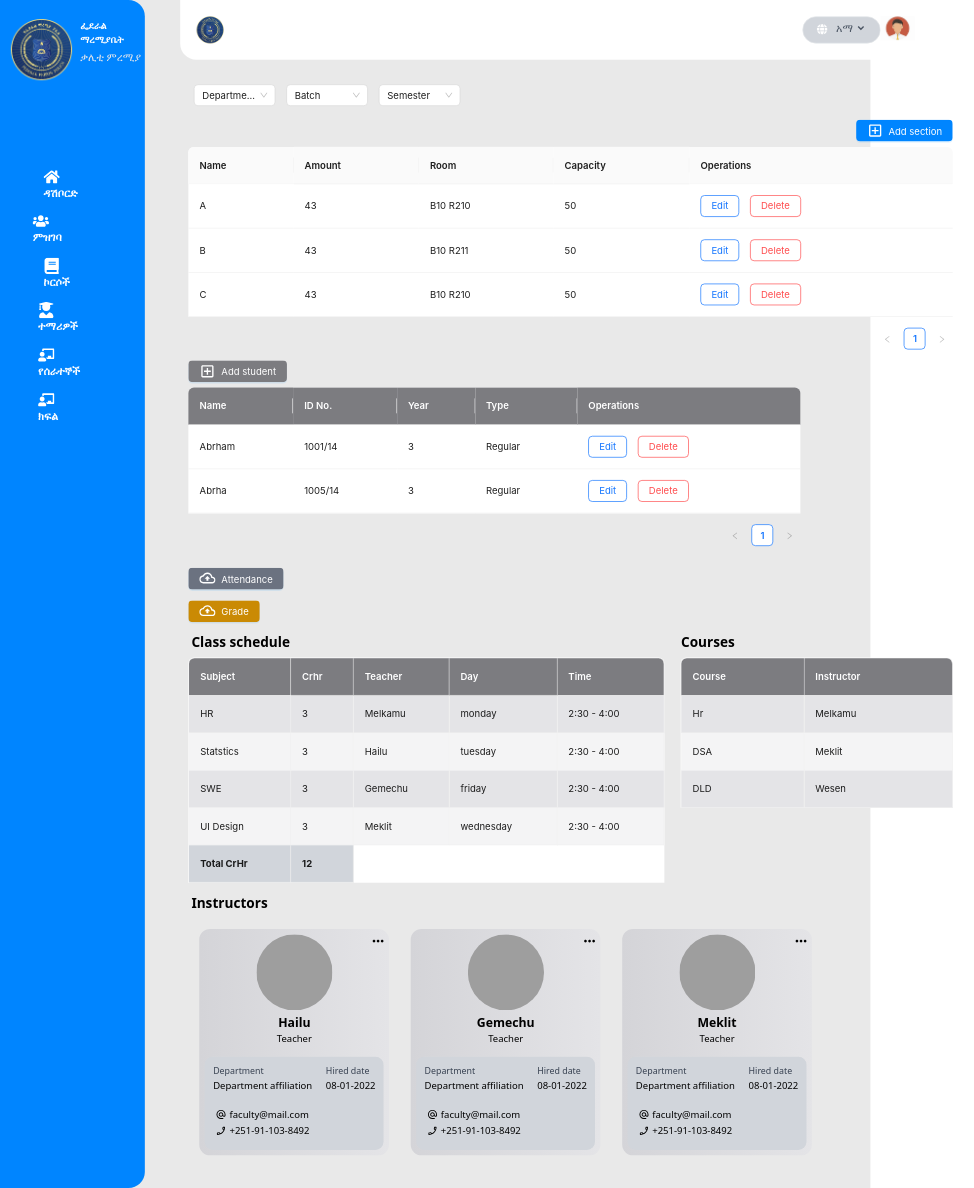
Repository: Yigoya/federal-prison-education-ms-frontend
Page: /classroom, after clicking the first element matching `td.ant-table-cell > a`
An editor plug-in stored every save of this project. The page is shown before and after the next save, followed by the edit.
The browser window is 1280 px wide. The page is 1433 px wide, so the pictures cover 1433 px, including what lies to the right of the window. The pictures show the whole page, at 68% of full size.
Pictures or frames that could not be fetched are drawn as grey boxes. The project was rebuilt for these pictures with package versions that can differ from the ones it lists, and the page was loaded fresh each time. Also part of the build but not shown: vite.config.js, src/pages/DashBoard.jsx, src/pages/Courses.jsx, src/layout/AuthLayout.jsx, src/pages/Login.jsx, src/pages/Teachers.jsx, src/pages/StudentRegistration.jsx, src/components/classroom/ComboBox.jsx and 1 more. Imported but missing from the stored project, and not drawn on this page: src/pages/Students.

Above is the page before, as saved 2024-07-05 16:53:14.

### src/App.jsx
// import { useState } from "react";
import "./App.css";
import { Routes, Route } from "react-router-dom";
import DashBoard from "./pages/DashBoard";
// import Register from "./pages/Register";
import Students from "./pages/Students";
import Courses from "./pages/Courses";
import RootLayout from "./layout/RootLayout";
import AuthLayout from "./layout/AuthLayout";
import Login from "./pages/Login";
import Teachers from "./pages/Teachers";
// import { useTranslation } from "react-i18next";
import { StudentRegistration } from "./pages/StudentRegistration";
import Classroom from "./pages/Classroom";
function App() {
  // const [count, setCount] = useState(0);
  // const { t } = useTranslation();
  return (
    <>
      <Routes>
        <Route element={<AuthLayout />}>
          <Route path="/login" element={<Login />} />
        </Route>
        <Route element={<RootLayout />}>
          <Route path="/" element={<DashBoard />} />
          <Route path="/register" element={<StudentRegistration />} />
          <Route path="/students" element={<Students />} />
          <Route path="/courses" element={<Courses />} />
          <Route path="/allcourse" element={<Courses />} />
          <Route path="/addcourse" element={<Courses />} />
          <Route path="/managecourse" element={<Courses />} />
          <Route path="/classroom" element={<Classroom />} />
          <Route path="/grading" element={<Courses />} />
          <Route path="/staffprofile" element={<Courses />} />
          <Route path="/examscheduling" element={<Teachers />} />
        </Route>
      </Routes>
    </>
  );
}

export default App;

### src/App.css
/* Header row background color */
.ant-table-thead > tr > th {
    background-color: #0085FF; /* Set your desired background color here */
    color: #fff; /* Set the text color if needed */
  }

### src/layout/RootLayout.jsx
// import React from 'react'
import { Outlet } from "react-router-dom";
import Navbar from "../components/Navbar";
import SideBar from "../components/SideBar";
function RootLayout() {
  return (
    <div className="flex flex-row w-full min-h-dvh gap-8 bg-[#E9E9E9]">
        <SideBar />

      <div className="w-full min-h-dvh max-h-full">
        <Navbar />
        <div className="flex-1 flex overflow-hidden">
          <section className="flex-1 overflow-y-scroll">
            <Outlet />
          </section>
        </div>
      </div>
    </div>
  );
}

export default RootLayout;

### src/pages/Classroom.jsx
import { useState } from "react";
import Selector from '../components/classroom/Selector.jsx';
import SectionsTable from "../components/classroom/SectionsTable.jsx";
import NewSectionDrawer from "../components/classroom/NewSectionDrawer.jsx";
import {
  departmentOptions,
  yearOptions,
  semesterOptions,
} from "../data/classroomArrayData.js";
import { Button } from "antd";
import AddBoxOutlinedIcon from "@mui/icons-material/AddBoxOutlined";

const Classroom = () => {
  const [drawerVisiblity, setDrawerVisiblity] = useState(false);
  const handleClick = () => {
    setDrawerVisiblity(prevState => !prevState);
  };

  return (
    <div className="p-8 ">
      <Selector typeName="Department" options={departmentOptions} />
      <Selector typeName="Batch" options={yearOptions} />
      <Selector typeName="Semester" options={semesterOptions} />

      {/* sections table */}
      <div className="mt-4">
        {drawerVisiblity && <NewSectionDrawer visiblity = {drawerVisiblity}/>}
        <div className="grid justify-items-end">
          <Button
            className="bg-[#0085FF] mb-2"
            type="primary"
            onClick={handleClick}
          >
            <AddBoxOutlinedIcon />
            Add section
          </Button>
        </div>
        <SectionsTable />
      </div>
    </div>
  );
};

export default Classroom;

### src/components/Navbar.jsx
import React from 'react'
import { AiOutlineSearch } from 'react-icons/ai';
import logo from '../assets/images/fdre_logo.png'
import { FaGlobe } from 'react-icons/fa';
import avatar from '../assets/images/Avatar.jpg'
import { useTranslation } from 'react-i18next';
function Navbar() {
  const { i18n } = useTranslation();

  const handleLanguageChange = (event) => {
    i18n.changeLanguage(event.target.value);
  };
  return (
    <div className='mr-16 '>
      <div className='bg-white rounded-b-3xl p-6 ml-5 flex justify-between'>
        <div style={{ width: '40px' }} >
          <img src={logo}  alt="logo" />
        </div>
        <div className='flex '>
          <div className='py-1 px-5 border rounded-full bg-gray-300 '>
           <FaGlobe className='inline-block text-white mr-2'/>
            <select onChange={handleLanguageChange} className='inline-block bg-gray-300 text-gray-600' id="">
              <option value="am">አማ</option>
              <option value="en">En</option>
              <option value="or">Oro</option>
            </select>
          </div>
          <div>
            <img src={avatar} width={'50px'}/>
          </div>
        </div>
      </div>

    </div>
  )
}

export default Navbar

### src/components/SideBar.jsx
import { FaHome, FaUserGraduate, FaBook, FaChalkboardTeacher, FaUsers } from 'react-icons/fa';

import logo from '../assets/images/fdre_logo.png'
import { Link } from 'react-router-dom'
import { useTranslation } from 'react-i18next';
function SideBar() {
const {t} = useTranslation()
  return (
    <div className='w-1/4 bg-[#0085FF] rounded-r-3xl'>
          <div className='mt-7 ml-4 flex'>
            <div className='mr-3'>
              <img src={logo} alt="logo" width={'100px'} />
            </div>
            <div>
              <p className ='font-bold text-sm text-white mb-1'>{t('FDRE')}</p>
              <p className='text-gray-200'>{t('kality')}</p>
            </div>

          </div>
          <div className='flex flex-col items-center font-bold text-white py-20 mt-10'>

            <Link className='hover:border border-gray-200 rounded-full hover:bg-gray-100 hover:text-[#0085FF] p-2 px-16 inline-block mr-4' to='/'> <FaHome className='inline-block mr-2 text-2xl'/>{t('dashboard')}</Link>
            <Link className='hover:border border-gray-200 rounded-full py-2 px-12 hover:bg-gray-100 hover:text-[#0085FF] inline-block mr-10 ' to='/register'><FaUsers className='inline-block mr-2 text-2xl'/> {t('register')}</Link>
            <Link className='hover:border border-gray-200 rounded-full py-2 px-16 hover:bg-gray-100 hover:text-[#0085FF] inline-block mr-10 ' to='/courses'><FaBook className='inline-block mr-3  text-2xl'/>{t('courses')}</Link>
            <Link className='hover:border border-gray-200 rounded-full py-2 px-14 hover:bg-gray-100 hover:text-[#0085FF] inline-block mr-8' to='/students'> <FaUserGraduate className='inline-block mr-5  text-2xl'  />{t('students')}</Link>
            <Link className='hover:border border-gray-200 rounded-full py-2 px-14 hover:bg-gray-100 hover:text-[#0085FF] inline-block mr-10' to='/teachers'><FaChalkboardTeacher className='inline-block  mr-5  text-2xl'/>{t('staff')}</Link>
            <Link className='hover:border border-gray-200 rounded-full py-2 px-14 hover:bg-gray-100 hover:text-[#0085FF] inline-block mr-10' to='/classroom'><FaChalkboardTeacher className='inline-block  mr-5  text-2xl'/>{t('classroom')}</Link>

          </div>
        </div>

  )
}

export default SideBar

### src/pages/login.css

* {
    margin: 0;
    box-sizing: border-box;

}
.page {
    height: 100vh;
    width: 100%;
    display: flex;
    justify-content: center;
    align-items: center;
}

.cover {
    background-color: white;
    width: 30em;
    height: 25em;
    position: relative;
    border-radius: 1em;
    box-shadow: 0 0.188em 1.550em rgb(156, 156, 156);
    display: flex;
    flex-direction: column;
    align-items:center;
    justify-content:space-between;
    margin-right: 40px;

}

.container {
    display: flex;
    justify-content: space-between;
    align-items: center;

  }
.image-section {
    margin-left: 20px;
    padding: 100px;

}
.image-section img {
    margin-top: 2px;
    width: "200px";
    height: "200px";
    border-radius: "50%";
    object-fit: contain;

  }

input {
    border: none;
    background-color: rgb(229, 226, 226);
    width: 80%;
    border-radius: 0.25em;
    text-align: center;
    padding: 2em;
    font-size: 0.75em;
}

input:focus {
    outline-color: rgb(32, 177, 255);
}

.btn {
    width: 40%;
    height: 3em;
    background-color: rgb(32, 177, 255);
    display: flex;
    justify-content: center;
    align-items: center;
    transition: 0.5s;
    border-radius: 0.25em;
    cursor: pointer;
}

### src/components/classroom/Selector.jsx
// /* eslint-disable react/prop-types */
import { Select, Space } from 'antd';


const handleChange = (value) => {
  console.log(`selected ${value}`);
};

const Selector = ({typeName, options} ) => (
  <Space wrap>
    <Select
      className='mx-2 my-1'
      defaultValue={typeName}
      style={{
        width: 120,
      }}
      onChange={handleChange}
      options={options} // array of options
    />
  </Space>
);
export default Selector;

### src/components/classroom/SectionsTable.jsx
import { Space, Table, Button } from "antd";
import { sectionsData as data } from "../../data/classroomArrayData.js";
import { useState } from "react";
import StudentsTable from "./StudentsTable.jsx";
import ClassSchedule from "./ClassSchedule.jsx";
import CoursesList from "./CoursesList.jsx";
import InstructorDetails from "./InstructorDetails.jsx";
import UploadCenter from "./UploadCenter.jsx";

const SectionsTable = () => {
  const [activeSection, setActiveSection] = useState(null);

  const columns = [
    {
      title: "Name",
      dataIndex: "name",
      key: "name",
      render: (text) => <a onClick={() => handleSectionClick(text)}>{text}</a>,
    },
    {
      title: "Amount",
      dataIndex: "amount",
      key: "amount",
    },
    {
      title: "Room",
      dataIndex: "room",
      key: "room",
    },
    {
      title: "Capacity",
      dataIndex: "capacity",
      key: "capacity",
    },
    {
      title: "Operations",
      key: "action",
      render: () => (
        <Space size="middle">
          <Button type="primary" ghost>
            Edit
          </Button>
          <Button type="primary" danger ghost>
            Delete
          </Button>
        </Space>
      ),
    },
  ];

  const handleSectionClick = (sectionName) => {
    setActiveSection((prev) => (prev === sectionName ? null : sectionName));
  };

  return (
    <div>
      <Table columns={columns} dataSource={data} />
      {activeSection && (
        <div>
          <StudentsTable section={activeSection} />
          <div className="flex flex-col gap-4 my-4">
          <UploadCenter text={"Attendance"} color={"bg-gray-500"} />
          <UploadCenter text={"Grade"} color={"bg-yellow-600"} />
          </div>
          <div className="flex gap-3">
            <ClassSchedule /> <br />
            <CoursesList />
          </div>
          <h1 className="text-xl mb-2 mt-4 ml-1 font-bold">Instructors</h1>
          <div className="flex">
            <InstructorDetails instructor={"Hailu"}/>
            <InstructorDetails instructor={"Gemechu"}/>
            <InstructorDetails instructor={"Meklit"}/>
          </div>
        </div>
      )}
    </div>
  );
};
export default SectionsTable;

### src/data/classroomArrayData.js
export const departmentOptions = [
  {
    label: "Software",
    value: "software",
  },
  {
    label: "Human Resources",
    value: "human_resources",
  },
  {
    label: "Marketing",
    value: "marketing",
  },
  {
    label: "Sales",
    value: "sales",
  },
  {
    label: "Finance",
    value: "finance",
  },
  {
    label: "Customer Support",
    value: "customer_support",
  },
  {
    label: "IT",
    value: "it",
  },
];

export const yearOptions = [
  {
    label: "1",
    value: 1,
  },
  {
    label: "2",
    value: 2,
  },
  {
    label: "3",
    value: 3,
  },
  {
    label: "4",
    value: 4,
  },
];

export const semesterOptions = [
  {
    label: "I",
    value: 1,
  },
  {
    label: "II",
    value: 2,
  },
];

export const courseOptions = [
  {
    label: "DSA",
    value: "dsa",
  },
  {
    label: "FLAT",
    value: "flat",
  },
  {
    label: "DLD",
    value: "dld",
  },
  {
    label: "OS",
    value: "os",
  },
];

export const studentsData = [
  {
    key: "1",
    name: "Abrham",
    id: "1001/14",
    year: "3",
    type: "Regular",
    section: "A",
  },
  {
    key: "1",
    name: "Abrha",
    id: "1005/14",
    year: "3",
    type: "Regular",
    section: "A",
  },
  {
    key: "2",
    name: "Aster",
    id: "1002/14",
    year: "3",
    type: "Regular",
    section: "B"
  },
  {
    key: "3",
    name: "Askal",
    id: "1003/14",
    year: "3",
    type: "Regular",
    section: "C"
  },
];

export const sectionsData = [
  {
    name: "A",
    amount: 43,
    room: "B10 R210",
    capacity: 50,
  },
  {
    name: "B",
    amount: 43,
    room: "B10 R211",
    capacity: 50,
  },
  {
    name: "C",
    amount: 43,
    room: "B10 R210",
    capacity: 50,
  },
];

### src/components/classroom/StudentsTable.jsx
import { Space, Table, Button } from "antd";
import { studentsData as data } from "../../data/classroomArrayData.js";
import AddBoxOutlinedIcon from "@mui/icons-material/AddBoxOutlined";

const columns = [
  {
    title: "Name",
    dataIndex: "name",
    key: "name",
    render: (text) => <a>{text}</a>,
    onHeaderCell: () => ({
      style: { backgroundColor: "#7c7c80", color: "#fff" },
    }),
  },
  {
    title: "ID No.",
    dataIndex: "id",
    key: "id",
    onHeaderCell: () => ({
      style: { backgroundColor: "#7c7c80", color: "#fff" },
    }),
  },
  {
    title: "Year",
    dataIndex: "year",
    key: "year",
    onHeaderCell: () => ({
      style: { backgroundColor: "#7c7c80", color: "#fff" },
    }),
  },
  {
    title: "Type",
    dataIndex: "type",
    key: "type",
    onHeaderCell: () => ({
      style: { backgroundColor: "#7c7c80", color: "#fff" },
    }),
  },
  {
    title: "Operations",
    key: "action",
    onHeaderCell: () => ({
      style: { backgroundColor: "#7c7c80", color: "#fff" },
    }),
    render: () => (
      <Space size="middle">
        <Button type="primary" ghost>
          Edit
        </Button>
        <Button type="primary" danger ghost>
          Delete
        </Button>
      </Space>
    ),
  },
];

// eslint-disable-next-line react/prop-types
const StudentsTable = ({ section }) => {
  return (
    <div>
      <Button className="bg-[#7c7c80] mb-2" type="primary">
        <AddBoxOutlinedIcon />
        Add student
      </Button>
      <Table
        className="w-[900px]"
        columns={columns}
        dataSource={data.filter((student) => student.section === section)}
      />
      {console.log("the section clicked is : ", section)}
    </div>
  );
};
export default StudentsTable;

### src/components/classroom/ClassSchedule.jsx
import { Table, Typography } from "antd";
const { Text } = Typography;


const columns = [
  {
    title: "Subject",
    dataIndex: "subject",
    onHeaderCell: () => ({
      style: { backgroundColor: "#7c7c80", color: "#fff" },
    }),
  },
  {
    title: "Crhr",
    dataIndex: "crhr",
    onHeaderCell: () => ({
      style: { backgroundColor: "#7c7c80", color: "#fff" },
    }),
  },
  {
    title: "Teacher",
    dataIndex: "teacher",
    onHeaderCell: () => ({
      style: { backgroundColor: "#7c7c80", color: "#fff" },
    }),
  },
  {
    title: "Day",
    dataIndex: "day",
    onHeaderCell: () => ({
      style: { backgroundColor: "#7c7c80", color: "#fff" },
    }),
  },
  {
    title: "Time",
    dataIndex: "time",
    onHeaderCell: () => ({
      style: { backgroundColor: "#7c7c80", color: "#fff" },
    }),
  },
];
const data = [
  {
    key: "1",
    subject: "HR",
    crhr: 3,
    teacher: "Melkamu",
    day: "monday",
    time: "2:30 - 4:00",
  },
  {
    key: "2",
    subject: "Statstics",
    crhr: 3,
    teacher: "Hailu",
    day: "tuesday",
    time: "2:30 - 4:00",
  },
  {
    key: "3",
    subject: "SWE",
    crhr: 3,
    teacher: "Gemechu",
    day: "friday",
    time: "2:30 - 4:00",
  },
  {
    key: "3",
    subject: "UI Design",
    crhr: 3,
    teacher: "Meklit",
    day: "wednesday",
    time: "2:30 - 4:00",
  },
];

const ClassSchedule = () => (
  <div className="flex justify-center">
    <div>
      <h1 className="text-xl mb-2 ml-1 font-bold">Class schedule</h1>
      <Table
        className="w-[700px]"
        borderColor="#0085FF"
        columns={columns}
        dataSource={data}
        pagination={false}
        bordered
        rowClassName={(record, index) =>
          index % 2 === 0 ? "bg-zinc-200" : "bg-zinc-100"
        }
        summary={(pageData) => {
          let totalCrhr = 0;
          pageData.forEach(({ crhr }) => {
            totalCrhr += crhr;
          });
          return (
            <>
              <Table.Summary.Row className="font-bold bg-gray-300">
                <Table.Summary.Cell index={0}>Total CrHr</Table.Summary.Cell>
                <Table.Summary.Cell index={1}>
                  <Text>{totalCrhr}</Text>
                </Table.Summary.Cell>
              </Table.Summary.Row>
            </>
          );
        }}
      />
    </div>
  </div>
);
export default ClassSchedule;

### src/components/classroom/CoursesList.jsx
import { Table } from "antd";

const columns = [
  {
    title: "Course",
    dataIndex: "course",
    onHeaderCell: () => ({
      style: { backgroundColor: "#7c7c80", color: "#fff" },
    }),
  },
  {
    title: "Instructor",
    dataIndex: "instructor",
    onHeaderCell: () => ({
        style: { backgroundColor: "#7c7c80", color: "#fff" }
      })
  },
];
const data = [
  {
    key: "1",
    course: "Hr",
    instructor: "Melkamu",
  },
  {
    key: "2",
    course: "DSA",
    instructor: "Meklit",
  },
  {
    key: "3",
    course: "DLD",
    instructor: "Wesen",
  },
];

const CoursesList = () => (
  <>
    <div className="flex justify-center">
        <div>
        <h1 className="text-xl mb-2 font-bold">Courses</h1>
      <Table
        className="w-[400px]"
        columns={columns}
        dataSource={data}
        pagination={false}
        bordered
        rowClassName={(record, index) =>
          index % 2 === 0 ? "bg-zinc-200" : "bg-zinc-100"
        }
      />
        </div>

    </div>
  </>
);
export default CoursesList;

### src/components/classroom/InstructorDetails.jsx
import MoreHorizOutlinedIcon from "@mui/icons-material/MoreHorizOutlined";
import AlternateEmailOutlinedIcon from "@mui/icons-material/AlternateEmailOutlined";
import PhoneEnabledOutlinedIcon from "@mui/icons-material/PhoneEnabledOutlined";

const InstructorDetails = ({instructor}) => {
  return (
    <div className="m-4 w-fit p-2 w-2/5 rounded-2xl relative bg-gradient-to-r from-zinc-300 to-zinc-200">
      {/* Main content */}
      <div className="flex flex-col place-items-center">
        <div className="flex justify-between items-center">
          <img
            src="https://img.freepik.com/premium-vector/user-vector-icon-outline-style-isolated-white-background-mobile-app-website-logotype-ui-human-symbol-man-silhouette-social-member-sign-personal-profile-sign-10-eps_824631-3088.jpg?w=740"
            alt="Profile"
            className="h-28 w-28 rounded-full"
          />
          <div className="absolute top-0 right-0 mt-1 mr-1">
            <MoreHorizOutlinedIcon className="hover:text-sky-500"/>
          </div>
        </div>

        <h1 className="text-lg mt-1 font-semibold">{instructor}</h1>
        <p className="text-sm">Teacher</p>
      </div>

      {/* Additional info */}
      <div className="bg-gray-300 rounded-xl w-full p-3 leading-3.5 mt-4">
        <div className="flex gap-5">
          <div>
            <p className="text-[13px] text-gray-700">Department</p>
            <p className="text-[14px]">Department affiliation</p>
          </div>
          <div>
            <p className="text-[13px] text-gray-700">Hired date</p>
            <p className="text-[14px]">08-01-2022</p>
          </div>
        </div>

        <div className="mt-6 leading-4 text-[14px]">
          <div className="flex">
            <AlternateEmailOutlinedIcon className="pb-2" />
            <p>faculty@mail.com</p>
          </div>
          <div className="flex">
            <PhoneEnabledOutlinedIcon className="pb-2"/>
            <p>+251-91-103-8492</p>
          </div>
        </div>
      </div>
    </div>
  );
};

export default InstructorDetails;

### src/components/classroom/UploadCenter.jsx
import CloudUploadOutlinedIcon from '@mui/icons-material/CloudUploadOutlined';
import {Button} from 'antd';

const UploadCenter = ({text, color}) => {
  return (
    <div>
        <Button type="primary" className={color} icon={<CloudUploadOutlinedIcon className="text-sky-400"/>} > {text}</Button>
    </div>
  )
}

export default UploadCenter

Loaded but not shown: index.html (common file); src/main.jsx (common file); src/index.css (common file); tailwind.config.js (common file); src/i18n.js (152 lines, source omitted)

After the next save:
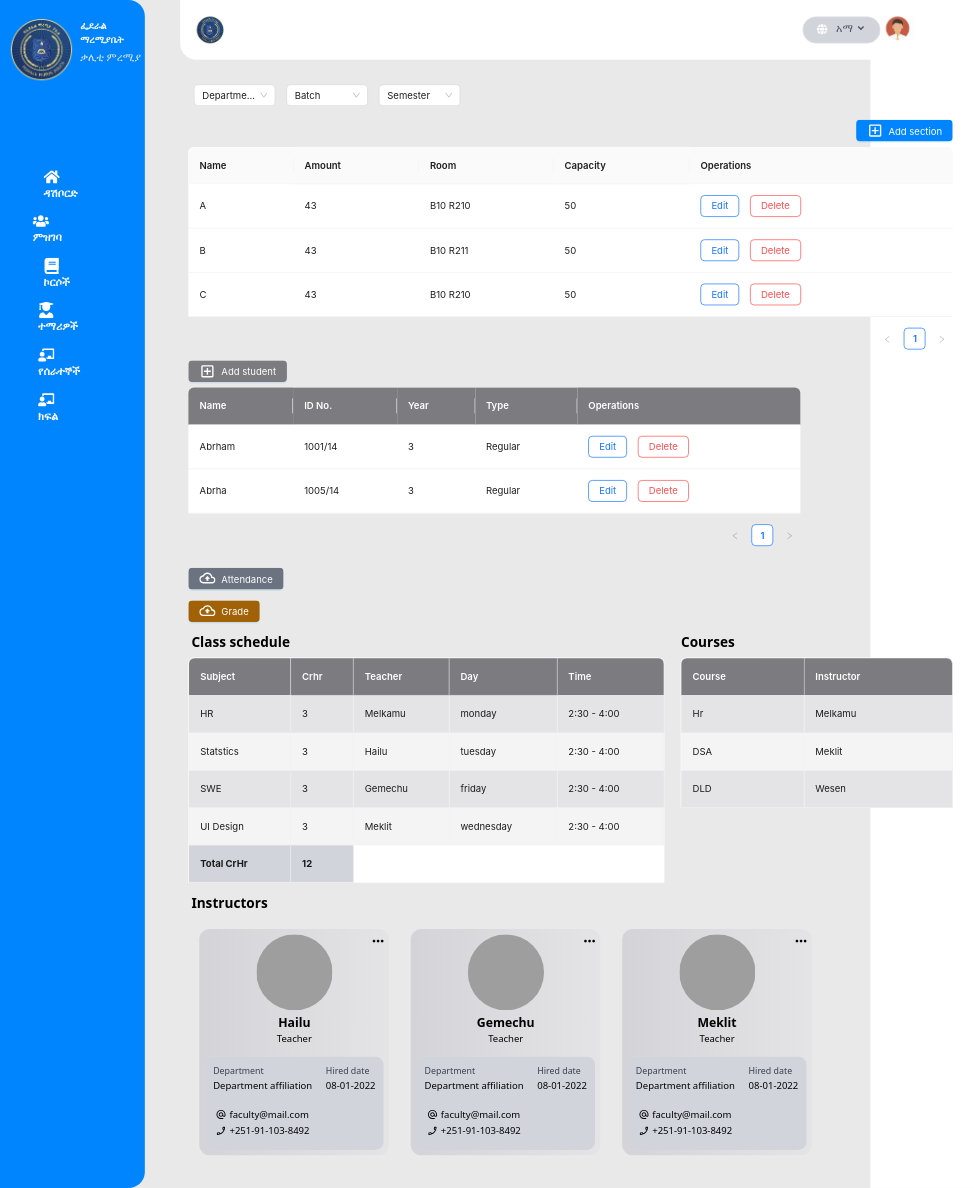
Saved 5 s later.
--- a/src/components/classroom/SectionsTable.jsx
+++ b/src/components/classroom/SectionsTable.jsx
@@ -60,7 +60,7 @@
           <StudentsTable section={activeSection} />
           <div className="flex flex-col gap-4 my-4">
           <UploadCenter text={"Attendance"} color={"bg-gray-500"} />
-          <UploadCenter text={"Grade"} color={"bg-yellow-600"} />
+          <UploadCenter text={"Grade"} color={"bg-yellow-700"} />
           </div>
           <div className="flex gap-3">
             <ClassSchedule /> <br />
